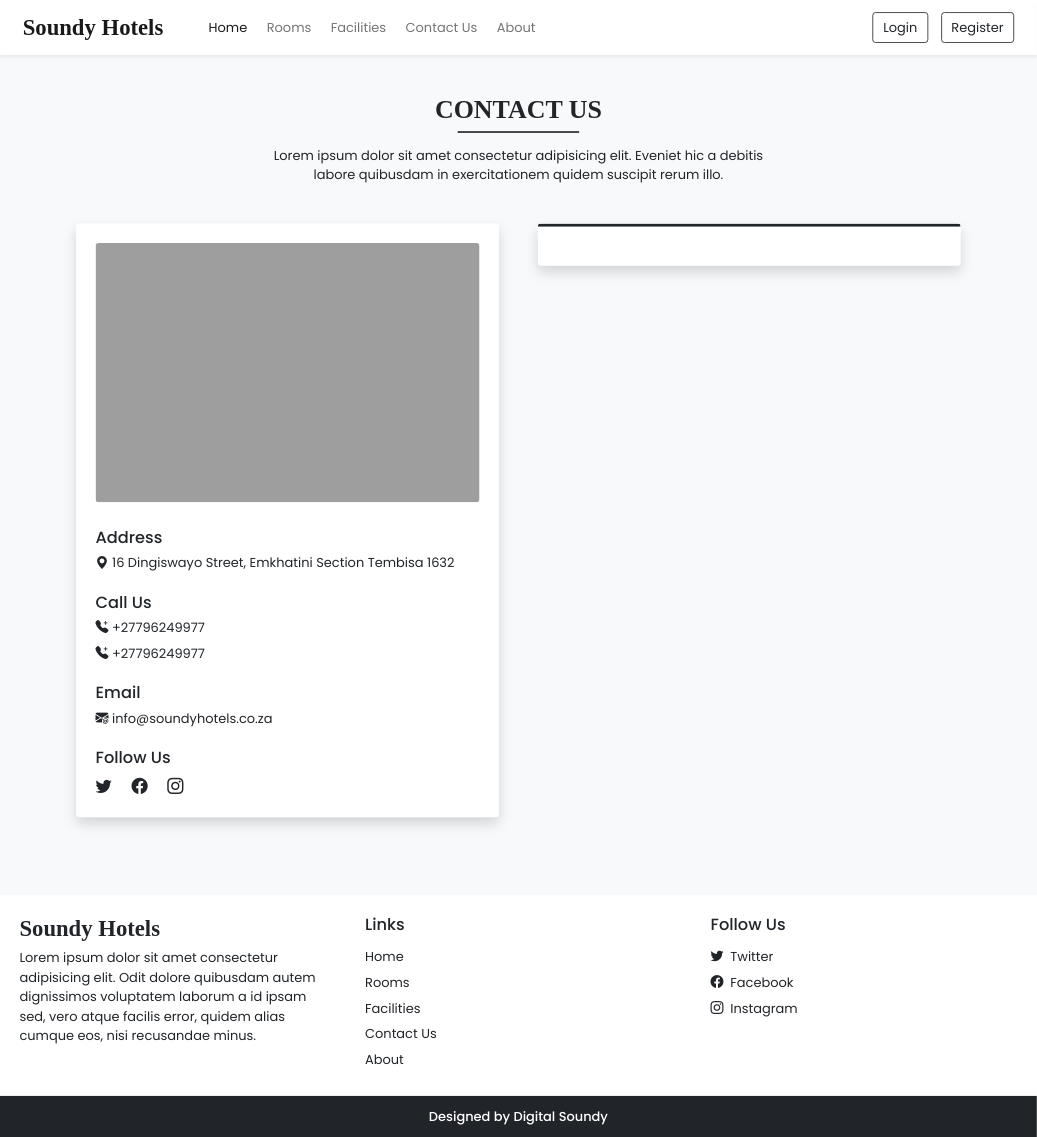
Repository: spencersoundy/Hotel-Booking-App
Page: http://localhost/contact.php
The author's editor kept a copy of each file at every save. The page is drawn from the files as they stood at one save, then again after the next save.
The browser window is 1280 px wide. The pictures show the whole page, at 81% of full size.
Pictures or frames that could not be fetched are drawn as grey boxes. Some web fonts or font styles are not loaded; a fallback is used. The page is run by PHP 8.4 with error messages shown; the project is at /var/www/html/.

Above is the page before, as saved 2023-08-04 23:55:09.

### contact.php
<!DOCTYPE html>
<html lang="en">
<head>
    <meta charset="UTF-8">
    <meta http-equiv="X-UA-Compatible" content="IE=edge">
    <meta name="viewport" content="width=device-width, initial-scale=1.0">
    <title>Soundy Hotels - CONTACT</title>
    <?php require('inc/links.php') ?>
</head>
<body class="bg-light">

<?php require('inc/header.php') ?>

<div class="my-5 px-4">
    <h2 class="fw-bold h-font text-center">CONTACT US</h2>
    <div class="h-line bg-dark"></div>
    <p class="text-center mt-3">
        Lorem ipsum dolor sit amet consectetur adipisicing elit.
        Eveniet hic a debitis <br> labore quibusdam in exercitationem
        quidem suscipit rerum illo.
    </p>
</div>

<div class="container">
    <div class="row">
        <div class="col-lg-6 col-md-6 mb-5 px-4">
            <div class="bg-white rounded shadow p-4">
                <iframe class="w-100 rounded mb-4" height="320px" src="https://www.google.com/maps/embed?pb=!1m18!1m12!1m3!1d3585.708810342345!2d28.2120409827257!3d-26.010354497291896!2m3!1f0!2f0!3f0!3m2!1i1024!2i768!4f13.1!3m3!1m2!1s0x1e956bf2ad5976c9%3A0x6f9e0753eef116a!2s16%20Dingiswayo%20St%2C%20Emkantini%2C%20Tembisa%2C%201632!5e0!3m2!1sen!2sza!4v1691170736196!5m2!1sen!2sza" loading="lazy"></iframe>

                    <h5>Address</h5>
                <a href="https://goo.gl/maps/Av7G3xEeVXWeW6kQ6" target="_blank" class="d-line-block text-decoration-none text-dark mb-2">
                <i class="bi bi-geo-alt-fill"></i> 16 Dingiswayo Street, Emkhatini Section Tembisa 1632
                </a>

                <h5 class="mt-4">Call Us</h5>
                <a href="Tell: +27796249977" class="d-inline-block mb-2 text-decoration-none text-dark">
                    <i class="bi bi-telephone-plus-fill"></i> +27796249977
                </a>
                <br>
                <a href="Tell: +27796249977" class="d-inline-block text-decoration-none text-dark">
                    <i class="bi bi-telephone-plus-fill"></i> +27796249977
                </a>

                <h5 class="mt-4">Email</h5>
                <a href="mailto: info@soundyhotels.co.za" class="d-inline-block text-decoration-none text-dark">
                    <i class="bi bi-envelope-at-fill"></i> info@soundyhotels.co.za
                </a>

                <h5 class="mt-4">Follow Us</h5>
                <a href="#" class="d-inline-block text-dark fs-5 me-3">
                        <i class="bi bi-twitter me-1"></i>
                </a>
                <a href="#" class="d-inline-block text-dark fs-5 me-3">
                        <i class="bi bi-facebook me-1"></i>
                </a>
                <a href="#" class="d-inline-block">
                        <i class="bi bi-instagram me-1 text-dark fs-5"></i>
                </a>
            </div>
        </div>
        <div class="col-lg-6 col-md-6 px-4">
            <div class="bg-white rounded shadow p-4 border-top border-4 border-dark pop">

            </div>
        </div>
    </div>
</div>

<?php require('inc/footer.php')?>

</body>
</html>

### inc/links.php
<link href="https://cdn.jsdelivr.net/npm/bootstrap@5.0.2/dist/css/bootstrap.min.css" rel="stylesheet" integrity="sha384-EVSTQN3/azprG1Anm3QDgpJLIm9Nao0Yz1ztcQTwFspd3yD65VohhpuuCOmLASjC" crossorigin="anonymous">
<link href="https://fonts.googleapis.com/css2?family=Merienda:wght@400;700&family=Poppins:wght@400;500;600&display=swap" rel="stylesheet">
<link rel="stylesheet" href="https://cdn.jsdelivr.net/npm/bootstrap-icons@1.10.5/font/bootstrap-icons.css">
<link rel="stylesheet" href="css/common.css"/>

### inc/header.php
<nav class="navbar navbar-expand-lg navbar-light bg-white px-lg-3 py-lg-2 shadow-sm sticky-top">
    <div class="container-fluid">
        <a class="navbar-brand me-5 fw-bold fs-3 h-font" href="index.php">Soundy Hotels</a>
        <button class="navbar-toggler shadow-none" type="button" data-bs-toggle="collapse" data-bs-target="#navbarSupportedContent" aria-controls="navbarSupportedContent" aria-expanded="false" aria-label="Toggle navigation">
        <span class="navbar-toggler-icon"></span>
        </button>
        <div class="collapse navbar-collapse" id="navbarSupportedContent">
        <ul class="navbar-nav me-auto mb-2 mb-lg-0">
            <li class="nav-item">
            <a class="nav-link active me-2" aria-current="page" href="index.php">Home</a>
            </li>
            <li class="nav-item">
            <a class="nav-link me-2" href="#">Rooms</a>
            </li>
            <li class="nav-item">
            <a class="nav-link me-2" href="facilities.php">Facilities</a>
            </li><li class="nav-item">
            <a class="nav-link me-2" href="contact.php">Contact Us</a>
            </li><li class="nav-item">
            <a class="nav-link" href="about.php">About</a>
            </li>
        </ul>
        <div class="d-flex">
            <button type="button" class="btn btn-outline-dark shadow-none me-lg-3 me-2" data-bs-toggle="modal" data-bs-target="#loginModal">
                Login
            </button>
            <button type="button" class="btn btn-outline-dark shadow-none" data-bs-toggle="modal" data-bs-target="#registerModal">
                Register
            </button>
        </div>
        </div>
    </div>
    </nav>

    <div class="modal fade" id="loginModal" data-bs-backdrop="static" data-bs-keyboard="false" tabindex="-1" aria-labelledby="staticBackdropLabel" aria-hidden="true">
        <div class="modal-dialog">
            <div class="modal-content">
                <form>
                    <div class="modal-header">
                        <h5 class="modal-title d-flex align-items-center">
                            <i class="bi bi-person-circle fs-3 me-2"></i> User Login
                        </h5>
                        <button type="reset" class="btn-close shadow-none" data-bs-dismiss="modal" aria-label="Close"></button>
                    </div>
                    <div class="modal-body">
                    <div class="mb-3">
                        <label class="form-label">Email address</label>
                        <input type="email" class="form-control shadow-none">
                    </div>
                    <div class="mb-4">
                        <label class="form-label">Password</label>
                        <input type="password" class="form-control shadow-none">
                    </div>
                        <div class="d-flex align-items-center justify-content-between mb-2">
                            <button type="submit" class="btn btn-dark shadow-none">LOGIN</button>
                            <a href="javascript: void(0)" class="text-secondary text-decoration-none">Forgot Password?</a>
                        </div>
                    </div>
                </form>
            </div>
        </div>
    </div>

    <div class="modal fade" id="registerModal" data-bs-backdrop="static" data-bs-keyboard="false" tabindex="-1" aria-labelledby="staticBackdropLabel" aria-hidden="true">
        <div class="modal-dialog modal-lg">
            <div class="modal-content">
                <form>
            <div class="modal-header">
                <h5 class="modal-title d-fle align-items-center">
                    <i class="bi bi-person-lines-fill fs-3 me-2"></i> User Registration
                </h5>
                <button type="reset" class="btn-close shadow-none" data-bs-dismiss="modal" aria-label="Close"></button>
            </div>
            <div class="modal-body">
                <span class="badge rounded-pill bg-light text-dark mb-3 text-wrap lh-base">
                    Note: Your details must match with your ID (ID book/card, passport, drivers license, etc.)
                    that will be required during check-in.
                </span>
                <div class="container-fluid">
                    <div class="row">
                        <div class="col-md-6 ps-0 mb-3">
                            <label class="form-label">Name</label>
                            <input type="text" class="form-control shadow-none">
                        </div>
                        <div class="col-md-6 p-0 mb-3">
                            <label class="form-label">Email</label>
                            <input type="email" class="form-control shadow-none">
                        </div>
                        <div class="col-md-6 ps-0 mb-3">
                            <label class="form-label">Phone Number</label>
                            <input type="number" class="form-control shadow-none">
                        </div>
                        <div class="col-md-6 p-0 mb-3">
                            <label class="form-label">Picture</label>
                            <input type="file" class="form-control shadow-none">
                        </div>
                        <div class="col-md-12 p-0 mb-3">
                            <label class="form-label">Address</label>
                            <textarea class="form-control shadow-none" rows="1"></textarea>
                        </div>
                        <div class="col-md-6 ps-0 mb-3">
                            <label class="form-label">Pincode</label>
                            <input type="number" class="form-control shadow-none">
                        </div>
                        <div class="col-md-6 p-0 mb-3">
                            <label class="form-label">Date of birth</label>
                            <input type="date" class="form-control shadow-none">
                        </div>
                        <div class="col-md-6 ps-0 mb-3">
                            <label class="form-label">Password</label>
                            <input type="password" class="form-control shadow-none">
                        </div>
                        <div class="col-md-6 p-0 mb-3">
                            <label class="form-label">Confirm Password</label>
                            <input type="password" class="form-control shadow-none">
                        </div>
                    </div>
                </div>
                <div class="text-center my-1">
                    <button type="submit" class="btn btn-dark shadow-none">REGISTER</button>
                </div>
            </div>
            </form>
            </div>
  </div>
</div>

### inc/footer.php
<div class="container-fluid bg-white mt-5">

        <div class="row">
            <div class="col-lg-4 p-4">
                <h3 class="h-font fw-bold fs-3 mb-2">Soundy Hotels</h3>
                <p>
                    Lorem ipsum dolor sit amet consectetur adipisicing elit.
                    Odit dolore quibusdam autem dignissimos voluptatem laborum a id ipsam sed,
                    vero atque facilis error, quidem alias cumque eos, nisi recusandae minus.
                </p>
            </div>
            <div class="col-lg-4 p-4">
                <h5 class="mb-3">Links</h5>
                <a href="#" class="d-inline-block mb-2 text-dark text-decoration-none">Home</a><br>
                <a href="#" class="d-inline-block mb-2 text-dark text-decoration-none">Rooms</a><br>
                <a href="#" class="d-inline-block mb-2 text-dark text-decoration-none">Facilities</a><br>
                <a href="#" class="d-inline-block mb-2 text-dark text-decoration-none">Contact Us</a><br>
                <a href="#" class="d-inline-block mb-2 text-dark text-decoration-none">About</a>
            </div>
            <div class="col-lg-4 p-4">
                <h5 class="mb-3">Follow Us</h5>
                <a href="#" class="d-inline-block text-dark text-decoration-none mb-2">
                    <i class="bi bi-twitter me-1"></i> Twitter
                </a><br>
                <a href="#" class="d-inline-block text-dark text-decoration-none mb-2">
                    <i class="bi bi-facebook me-1"></i> Facebook
                </a><br>
                <a href="#" class="d-inline-block text-dark text-decoration-none">
                    <i class="bi bi-instagram me-1"></i> Instagram
                </a><br>
            </div>
        </div>
    </div>
</div>

    <h6 class="text-center bg-dark text-white p-3 m-0">Designed by Digital Soundy</h6>

    <script src="https://cdn.jsdelivr.net/npm/bootstrap@5.0.2/dist/js/bootstrap.bundle.min.js" integrity="sha384-MrcW6ZMFYlzcLA8Nl+NtUVF0sA7MsXsP1UyJoMp4YLEuNSfAP+JcXn/tWtIaxVXM" crossorigin="anonymous"></script>

### css/common.css
:root{
    --teal: #2ec1ac;
    --teal_hover: #279e8c;
}

*{
    font-family: 'Poppins', sans-serif;
}
.h-font{
    font-family: 'Merienda', cursive;
}

input::-webkit-outer-spin-button,
input::-webkit-inner-spin-button {
-webkit-appearance: none;
margin: 0;
}

input[type=number] {
-moz-appearance: textfield;
}

.custom-bg{
    background-color: var(--teal);
    border: 1px solid var(--teal);
}
.custom-bg:hover{
    background-color: var(--teal_hover);
    border-color: var(--teal_hover);
}

.h-line{
    width: 150px;
    margin: 0 auto;
    height: 1.7px;
}

After the next save:
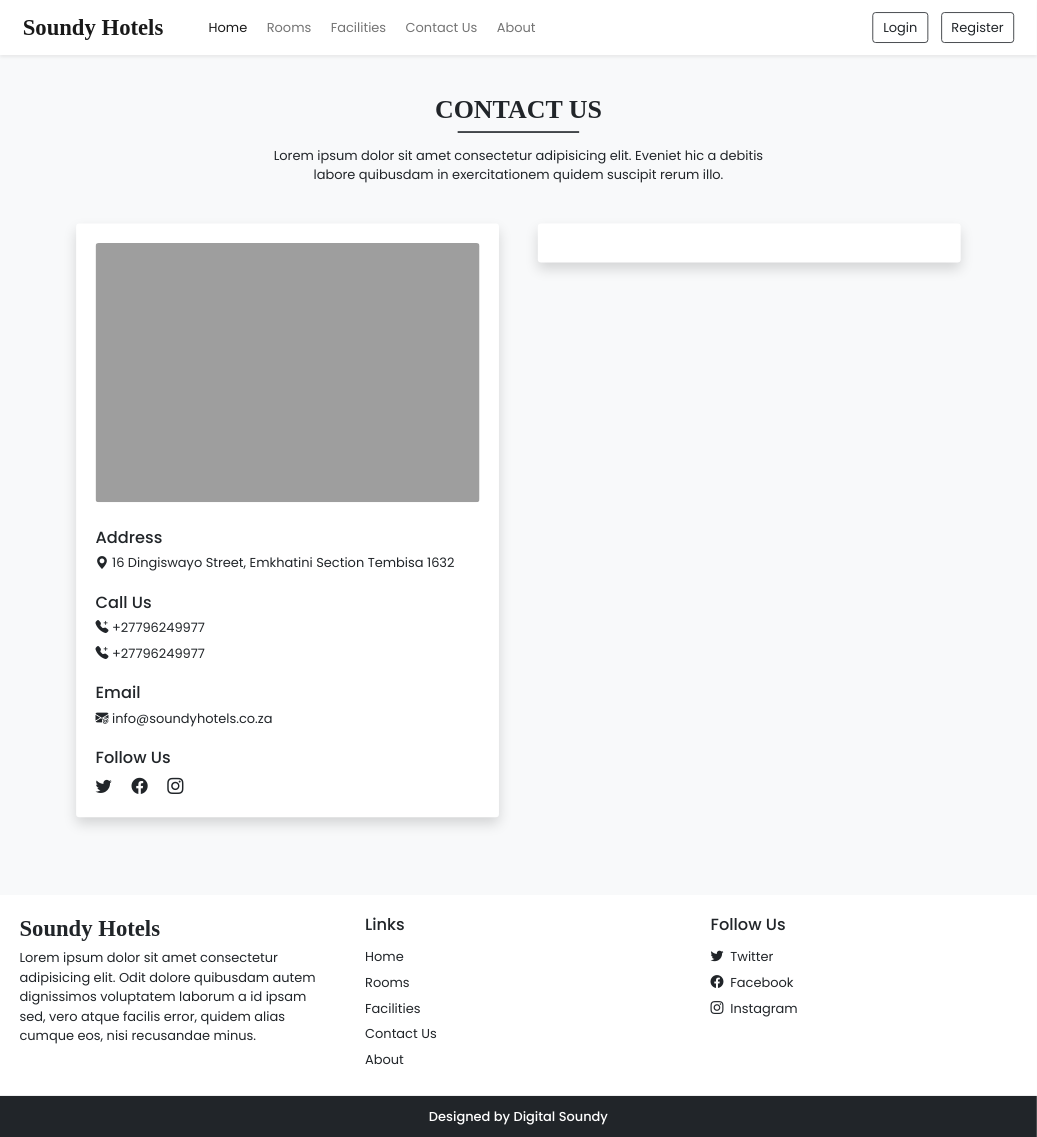
Saved 31 s later.
--- a/contact.php
+++ b/contact.php
@@ -59,7 +59,7 @@
             </div>
         </div>
         <div class="col-lg-6 col-md-6 px-4">
-            <div class="bg-white rounded shadow p-4 border-top border-4 border-dark pop">
+            <div class="bg-white rounded shadow p-4">
 
             </div>
         </div>
